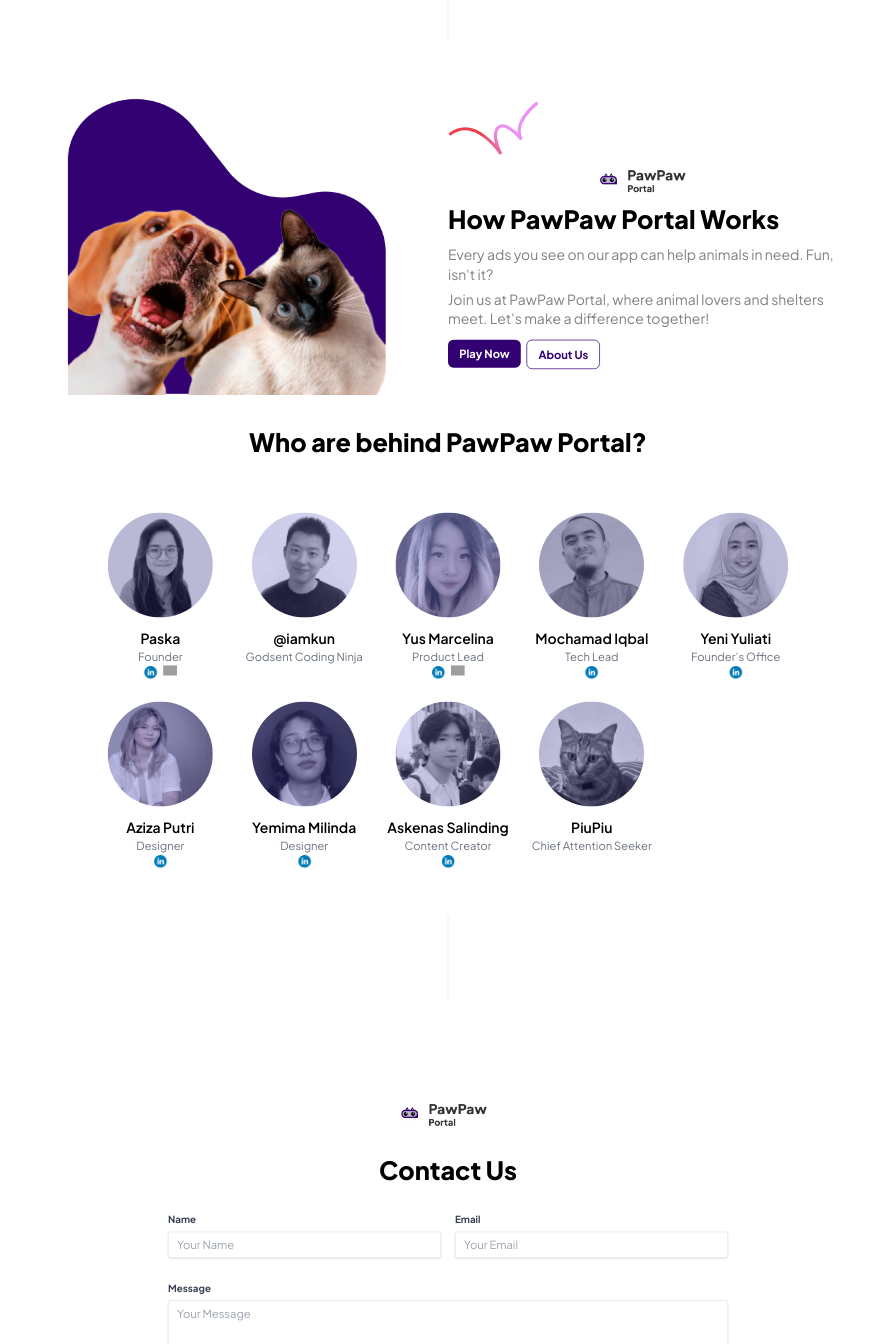
Repository: paskasiregar/pawpawwebsite
Page: /
An editor plug-in stored every save of this project. The page is shown before and after the next save, followed by the edit.
The browser window is 1280 px wide. The pictures show the part of the page from y = 1055 to 2975 px (the page is 3785 px tall), at 70% of full size.
Pictures or frames that could not be fetched are drawn as grey boxes. The project was rebuilt for these pictures with package versions that can differ from the ones it lists, and the page was loaded fresh each time. The framework's server and built-in components were replaced by stand-ins that run in the browser. Also part of the build but not shown: next.config.js, next.config.mjs.

Above is the page before, as saved 2024-09-11 17:44:33.

After the next save:
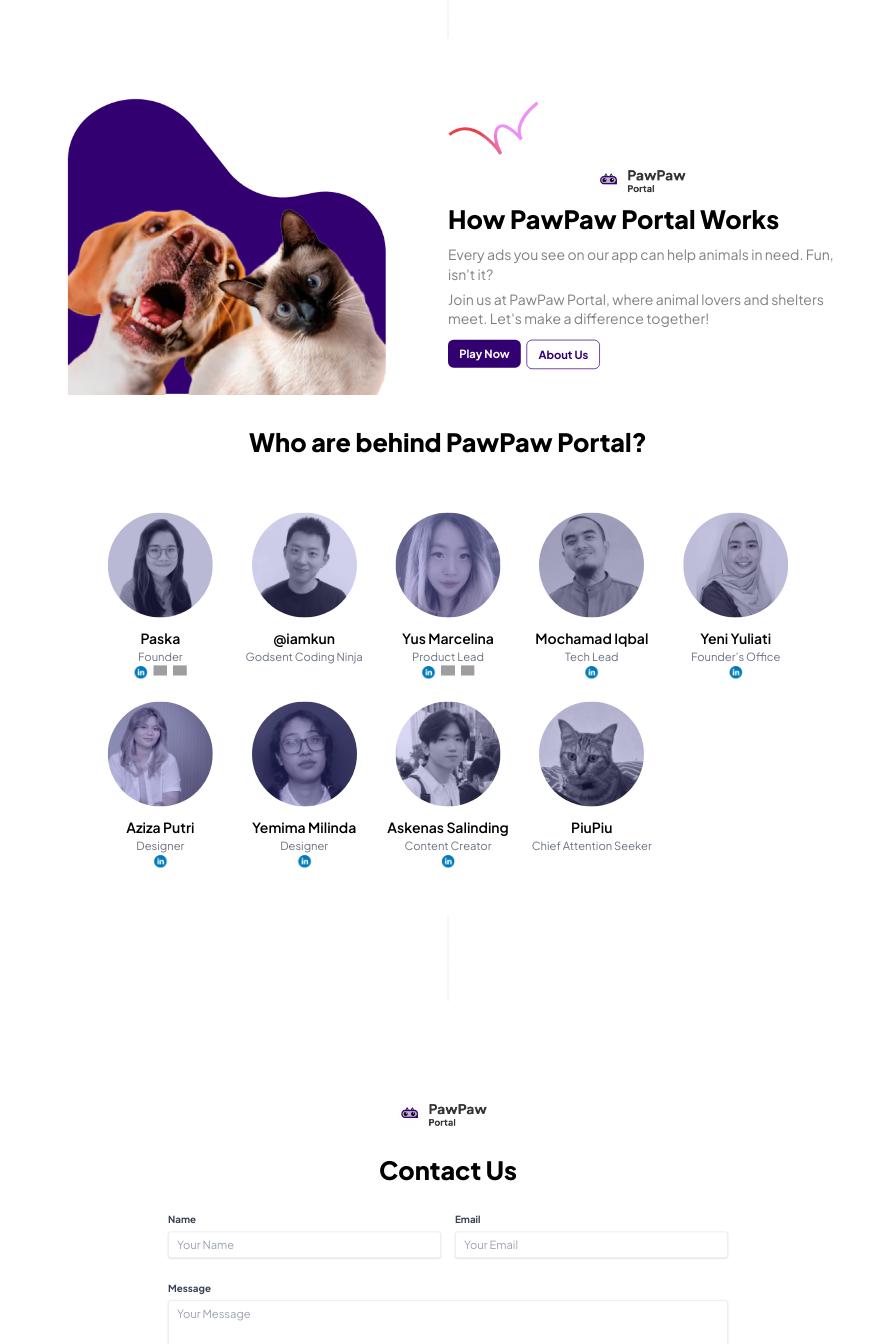
Saved 11 s later.
--- a/src/components/members.jsx
+++ b/src/components/members.jsx
@@ -31,11 +31,11 @@
             <Image src={linkedin} alt="LinkedIn" width={20} height={20} />
           </Link>
         )}
-        {/* {githubUrl && (
-          <Link href={githubUrl} passHref>
-            <Image src={github} alt="GitHub" width={20} height={20} />
+        {websiteUrl && (
+          <Link href={websiteUrl} passHref>
+            <Image src={website} alt="Website" width={20} height={20} />
           </Link>
-        )} */}
+        )}
         {websiteUrl && (
           <Link href={websiteUrl} passHref>
             <Image src={website} alt="Website" width={20} height={20} />

After the save that followed:
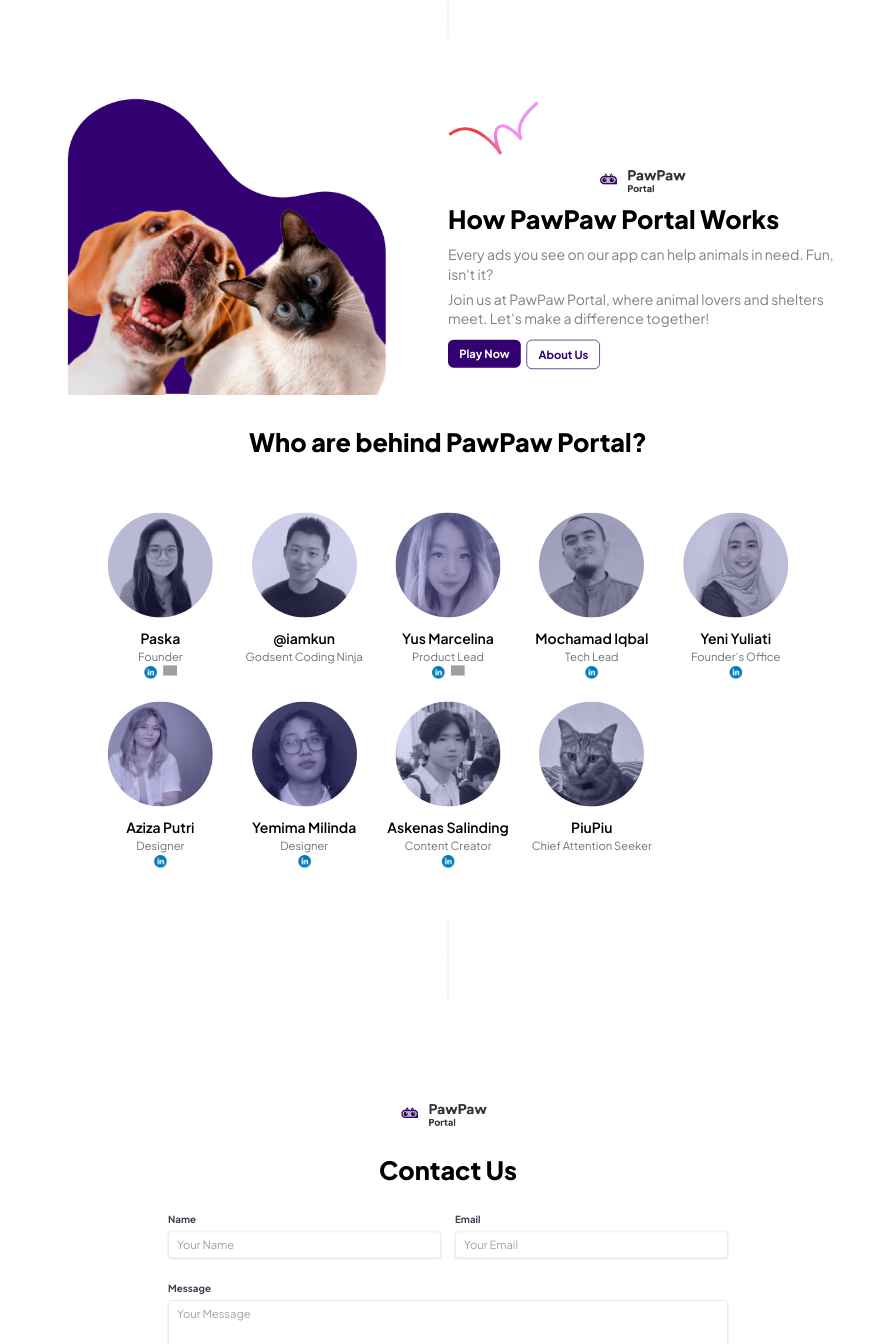
Saved 20 s later.
--- a/src/components/members.jsx
+++ b/src/components/members.jsx
@@ -31,9 +31,9 @@
             <Image src={linkedin} alt="LinkedIn" width={20} height={20} />
           </Link>
         )}
-        {websiteUrl && (
-          <Link href={websiteUrl} passHref>
-            <Image src={website} alt="Website" width={20} height={20} />
+        {githubUrl && (
+          <Link href={githubUrl} passHref>
+            <Image src={github} alt="GitHub" width={20} height={20} />
           </Link>
         )}
         {websiteUrl && (
